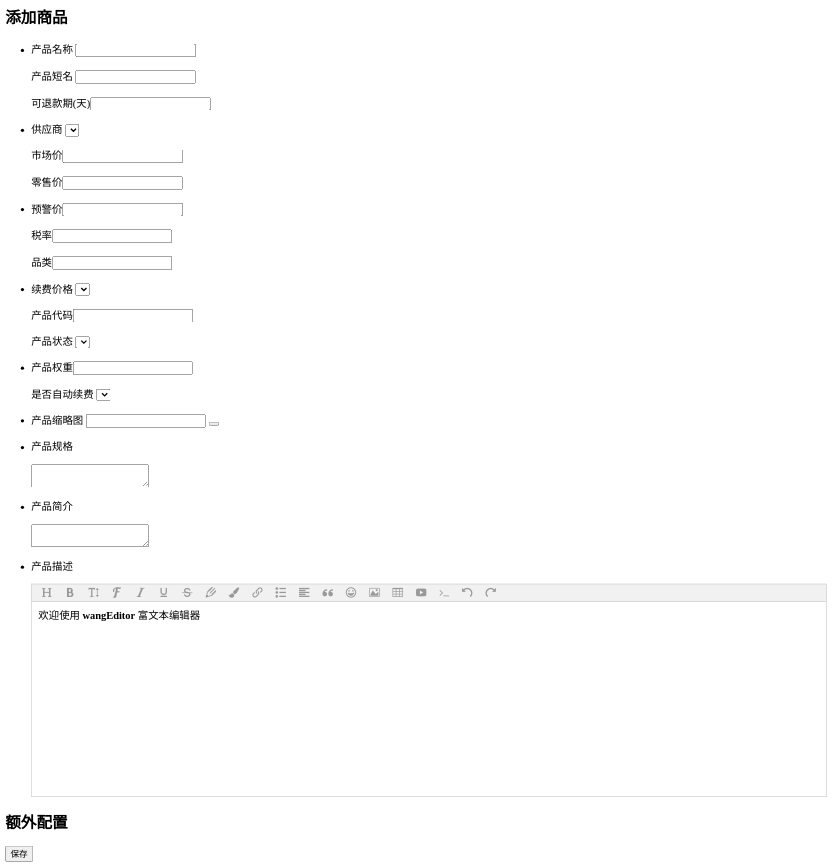
Repository: wangyan466393/racentSystem
Page: addProduct.html
An editor plug-in stored every save of this project. The page is shown before and after the next save, followed by the edit.
The browser window is 1280 px wide. The pictures show the whole page, at 65% of full size.

Above is the page before, as saved 2020-08-19 21:45:27.

### addProduct.html
<div id="content_box">
    <h2>添加商品</h2>
    <div class="config_box">
        <div class="price_content">
            <ul>
                <li>
                    <p>
                        <span>产品名称</span>
                        <input type="text" >
                    </p>
                    <p>
                        <span>产品短名</span>
                        <input type="text" >
                    </p>
                    <p>
                        <span>可退款期(天)</span><input type="number" >
                    </p>
                </li>
                <li>
                    <p>
                        <span>供应商</span>
                        <select name="" id="" class="sel">
                            <option value=""></option>
                        </select>
                    </p>
                    <p>
                        <span>市场价</span><input type="number" >
                    </p>
                    <p>
                        <span>零售价</span><input type="number" >
                    </p>
                </li>
                <li>
                    <p>
                        <span>预警价</span><input type="number" >
                    </p>
                    <p>
                        <span>税率</span><input type="number" >
                    </p>
                    <p>
                        <span>品类</span><input type="text" >
                    </p>
                </li>
                <li>
                    <p>
                        <span>续费价格</span>
                        <select name="" id="" class="sel">
                            <option value=""></option>
                        </select>
                    </p>
                    <p>
                        <span>产品代码</span><input type="text" >
                    </p>
                    <p>
                        <span>产品状态</span>
                        <select name="" id="" class="sel">
                            <option value=""></option>
                        </select>
                    </p>
                </li>
                <li>

                    <p>
                        <span>产品权重</span><input type="text">
                    </p>
                    <p>
                        <span>是否自动续费</span>
                        <select name="" id="" class="sel">
                            <option value=""></option>
                        </select>
                    </p>
                    <p></p>
                </li>
                <li>
                    <p class="thumb_box">
                        <span>产品缩略图</span>
                        <label class="input_group">
                            <input type="text" class="form-control">
                            <span class="input-group-btn">
                                <button type="button" class="btn"></button>
                            </span>
                        </label>
                    </p>
                </li>
                <li>
                    <p> <span>产品规格</span></p>
                    <textarea class="e_content description"></textarea>
                </li>
                <li>
                    <p> <span>产品简介</span></p>
                    <textarea class="e_content description"></textarea>

                </li>
                <li>
                    <p> <span>产品描述</span></p>
                    <div id="editor" style="width: 100%;">
                        <p>欢迎使用 <b>wangEditor</b> 富文本编辑器</p>
                    </div>

                </li>
            </ul>
        </div>
    </div>

    <h2>额外配置</h2>

</div>
<div class="email_back_btn">
    <button type="button">保存</button>
</div>







<script src="js/wangEditor.min.js"></script>

<script>

    var E = window.wangEditor
    var editor = new E('#editor')
    // 或者 var editor = new E( document.getElementById('editor') )
    editor.customConfig.menus = [
        'head',  // 标题
        'bold',  // 粗体
        'fontSize',  // 字号
        'fontName',  // 字体
        'italic',  // 斜体
        'underline',  // 下划线
        'strikeThrough',  // 删除线
        'foreColor',  // 文字颜色
        'backColor',  // 背景颜色
        'link',  // 插入链接
        'list',  // 列表
        'justify',  // 对齐方式
        'quote',  // 引用
        'emoticon',  // 表情
        'image',  // 插入图片
        'table',  // 表格
        'video',  // 插入视频
        'code',  // 插入代码
        'undo',  // 撤销
        'redo'  // 重复
    ]
    editor.create()
</script>

Loaded but not shown: js/wangEditor.min.js (library)

After the next save:
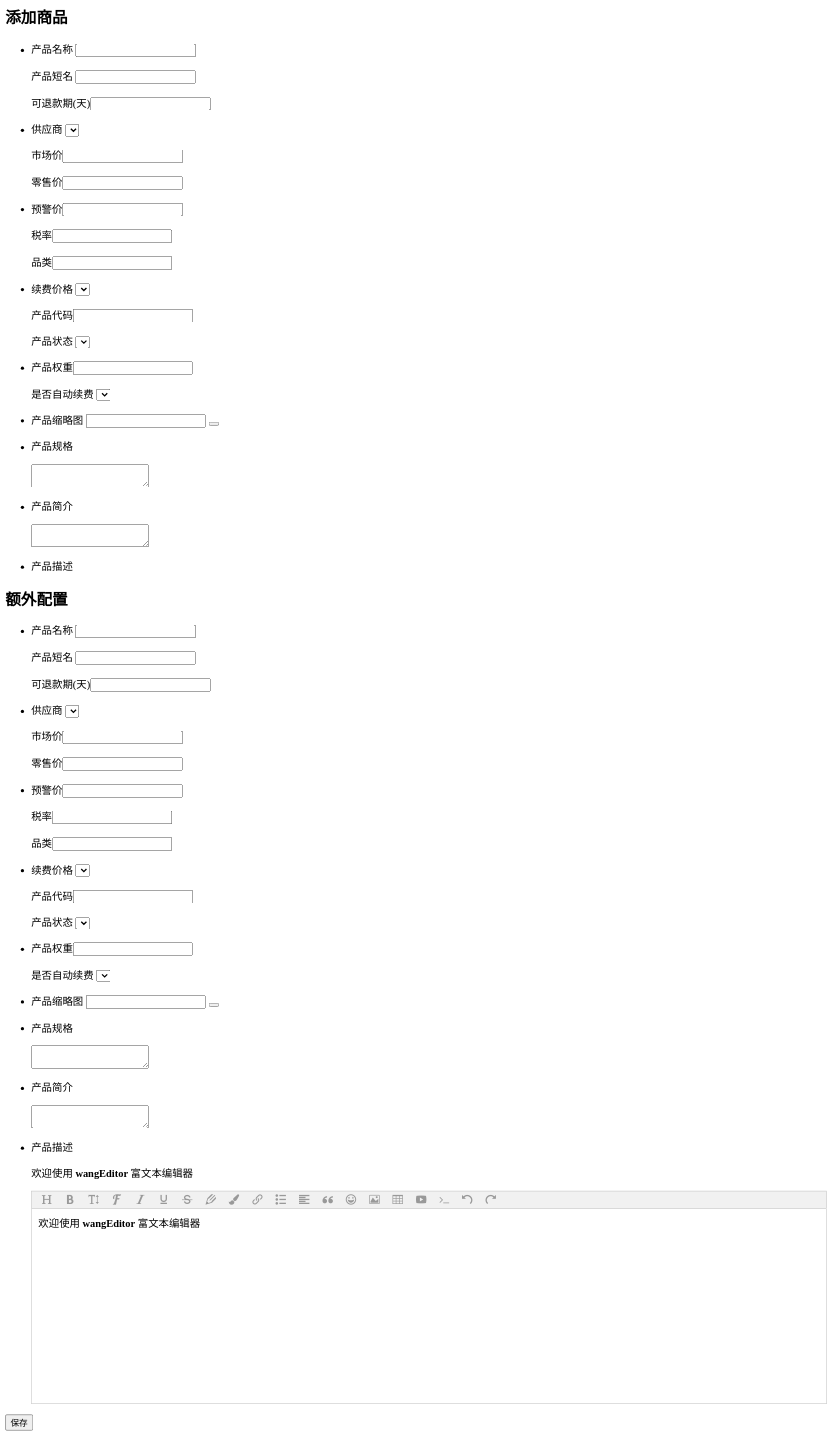
Saved 39 s later.
--- a/addProduct.html
+++ b/addProduct.html
@@ -103,7 +103,107 @@
     </div>
 
     <h2>额外配置</h2>
-
+    <div class="config_box">
+        <div class="price_content">
+            <ul>
+                <li>
+                    <p>
+                        <span>产品名称</span>
+                        <input type="text" >
+                    </p>
+                    <p>
+                        <span>产品短名</span>
+                        <input type="text" >
+                    </p>
+                    <p>
+                        <span>可退款期(天)</span><input type="number" >
+                    </p>
+                </li>
+                <li>
+                    <p>
+                        <span>供应商</span>
+                        <select name="" id="" class="sel">
+                            <option value=""></option>
+                        </select>
+                    </p>
+                    <p>
+                        <span>市场价</span><input type="number" >
+                    </p>
+                    <p>
+                        <span>零售价</span><input type="number" >
+                    </p>
+                </li>
+                <li>
+                    <p>
+                        <span>预警价</span><input type="number" >
+                    </p>
+                    <p>
+                        <span>税率</span><input type="number" >
+                    </p>
+                    <p>
+                        <span>品类</span><input type="text" >
+                    </p>
+                </li>
+                <li>
+                    <p>
+                        <span>续费价格</span>
+                        <select name="" id="" class="sel">
+                            <option value=""></option>
+                        </select>
+                    </p>
+                    <p>
+                        <span>产品代码</span><input type="text" >
+                    </p>
+                    <p>
+                        <span>产品状态</span>
+                        <select name="" id="" class="sel">
+                            <option value=""></option>
+                        </select>
+                    </p>
+                </li>
+                <li>
+
+                    <p>
+                        <span>产品权重</span><input type="text">
+                    </p>
+                    <p>
+                        <span>是否自动续费</span>
+                        <select name="" id="" class="sel">
+                            <option value=""></option>
+                        </select>
+                    </p>
+                    <p></p>
+                </li>
+                <li>
+                    <p class="thumb_box">
+                        <span>产品缩略图</span>
+                        <label class="input_group">
+                            <input type="text" class="form-control">
+                            <span class="input-group-btn">
+                                <button type="button" class="btn"></button>
+                            </span>
+                        </label>
+                    </p>
+                </li>
+                <li>
+                    <p> <span>产品规格</span></p>
+                    <textarea class="e_content description"></textarea>
+                </li>
+                <li>
+                    <p> <span>产品简介</span></p>
+                    <textarea class="e_content description"></textarea>
+
+                </li>
+                <li>
+                    <p> <span>产品描述</span></p>
+                    <div id="editor" style="width: 100%;">
+                        <p>欢迎使用 <b>wangEditor</b> 富文本编辑器</p>
+                    </div>
+
+                </li>
+            </ul>
+        </div>
+    </div>
 </div>
 <div class="email_back_btn">
     <button type="button">保存</button>
